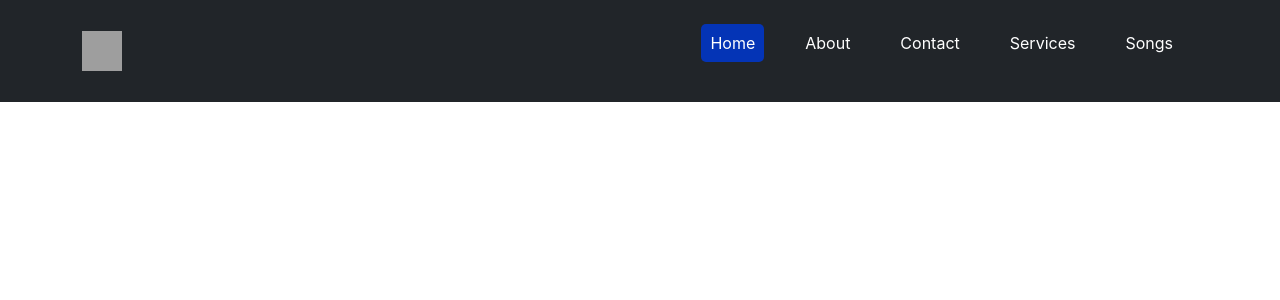
Repository: stephenkayade/cephas-musical
Page: / (app in cephas-musical/)
The author's editor kept a copy of each file at every save. The page is drawn from the files as they stood at one save, then again after a run of saves.
The browser window is 1280 px wide. The pictures show the whole page.
The pointer rests on the first visible `.navbox li`.
Pictures or frames that could not be fetched are drawn as grey boxes. The project was rebuilt for these pictures with package versions that can differ from the ones it lists, and the page was loaded fresh each time. A package was used in the major version that the imports need, not the one package.json lists. Also part of the build but not shown: cephas-musical/src/components/Master.jsx.

Above is the page before, as saved 2021-03-09 05:04:10.

### cephas-musical/public/index.html
<!DOCTYPE html>
<html lang="en">
  <head>
    <meta charset="utf-8" />
    <link rel="icon" href="%PUBLIC_URL%/favicon.ico" />
    <meta name="viewport" content="width=device-width, initial-scale=1" />
    <meta name="theme-color" content="#000000" />
    <meta
      name="description"
      content="Web site created using create-react-app"
    />
    <link rel="apple-touch-icon" href="%PUBLIC_URL%/logo192.png" />
    <link rel="stylesheet" type="text/css" href="%PUBLIC_URL%/css/bootstrap.min.css">
    <link rel="stylesheet" type="text/css" href="%PUBLIC_URL%/css/custom.css">
    <!--
      manifest.json provides metadata used when your web app is installed on a
      user's mobile device or desktop. See https://developers.google.com/web/fundamentals/web-app-manifest/
    -->
    <link rel="manifest" href="%PUBLIC_URL%/manifest.json" />
    <!--
      Notice the use of %PUBLIC_URL% in the tags above.
      It will be replaced with the URL of the `public` folder during the build.
      Only files inside the `public` folder can be referenced from the HTML.

      Unlike "/favicon.ico" or "favicon.ico", "%PUBLIC_URL%/favicon.ico" will
      work correctly both with client-side routing and a non-root public URL.
      Learn how to configure a non-root public URL by running `npm run build`.
    -->
    <title>React App</title>
  </head>
  <body>
    <noscript>You need to enable JavaScript to run this app.</noscript>
    <div id="root"></div>
    <!--
      This HTML file is a template.
      If you open it directly in the browser, you will see an empty page.

      You can add webfonts, meta tags, or analytics to this file.
      The build step will place the bundled scripts into the <body> tag.

      To begin the development, run `npm start` or `yarn start`.
      To create a production bundle, use `npm run build` or `yarn build`.
    -->
  </body>
</html>

### cephas-musical/src/App.js
import React, { Suspense } from 'react'
import { BrowserRouter as Router, Switch, Route, Link } from "react-router-dom";
import Master from './components/Master';
import Home from './components/public/Home'
import { Ellipsis } from 'react-css-spinners'
const Homepage = React.lazy(() => import('./components/public/Home'));


const loading = () => {

  <div className="row" style={{ height: "100vh", width: "100%" }}>

    <div className="col-md-3 text-center mx-auto my-auto">
      {' '}
      <Ellipsis
        color="#2d3d4d"
        size={80}
      />
    </div>

  </div>


}

const App = () => {
  return (

      <Router>
        <Suspense fallback={loading}>

          <Switch>
            <Route path="/" component={Home} exact />
          </Switch>
          </Suspense>
      </Router>

  );
}

export default App;

### cephas-musical/src/components/public/Home.jsx
import React from 'react'
import Nav from '../partials/Nav'


const Home = () => {
    return(
        <>
            <Nav/>
        </>
    )
}

export default Home;

### cephas-musical/src/components/partials/Nav.jsx
import React from 'react';
import { BrowserRouter as Router, Switch, Route, Link } from 'react-router-dom';
import image from '../assets/cephas-logo.png'

import Navbox from './Navbox';

const Nav = () => {
    const Navlists = [
        {
            title: 'Home',
            LinkUrl: '/',
        },
        {
            title: 'About',
            LinkUrl: '/about',
        },
        {
            title: 'Contact',
            LinkUrl: '/contact',
        },
        {
            title: 'Services',
            LinkUrl: '/services',
        },
        {
            title: 'Songs',
            LinkUrl: '/songs',
        },
    ];
    return (
        <>
            <div className="container-fluid bg-dark p-3">
                <div className="navbar container d-flex align-items-center justify-content-between">
                    <img src={image} alt="logo image" className="logo-img" />
                    <ul className="d-flex navbox">
                        {Navlists.length > 0 ? (
                            Navlists.map((link) => (
                                <Navbox title={link.title} LinkUrl={link.LinkUrl} />
                            ))
                        ) : (
                                <>
                                    <div>populate with data</div>
                                </>
                            )}
                    </ul>
                </div>
            </div>
        </>
    );
};

export default Nav;

### cephas-musical/src/components/partials/Navbox.jsx
import React from 'react';
import {BrowserRouter as Router, Switch, Route, Link} from 'react-router-dom';

const Navbox = ({LinkUrl, title}) => {
  return (
    <>
      <div className="navbox">
        <li>
          <Link className="px-2 btn text-white" to={Link ? LinkUrl : null}>{title ? title : 'invalid'}</Link>
        </li>
      </div>
    </>
  );
};

export default Navbox;

### cephas-musical/public/css/custom.css
.navbox li {
    list-style: none;

    margin: 0 1rem;
}

.navbox li:hover {
    background: #0036cc;
    border-radius: 5px;
    -webkit-border-radius: 5px;
    -moz-border-radius: 5px;
    -ms-border-radius: 5px;
    -o-border-radius: 5px;
    transition: color 1s ease-in-out, background 2s ease-in-out;
    -webkit-transition: color 1s ease-in-out, background 2s ease-in-out;
    -moz-transition: color 1s ease-in-out, background 2s ease-in-out;
    -ms-transition: color 1s ease-in-out, background 2s ease-in-out;
    -o-transition: color 0.3s ease-in-out, background 0.7s ease-in-out;
}

.logo-img {
    height: 40px;
    width: 40px;
    image-rendering: 40px;
}

Loaded but not shown: cephas-musical/src/index.js (common file); cephas-musical/src/index.css (common file); cephas-musical/src/reportWebVitals.js (common file); cephas-musical/public/css/bootstrap.min.css (library); cephas-musical/public/manifest.json (common file)

After the next 7 saves:
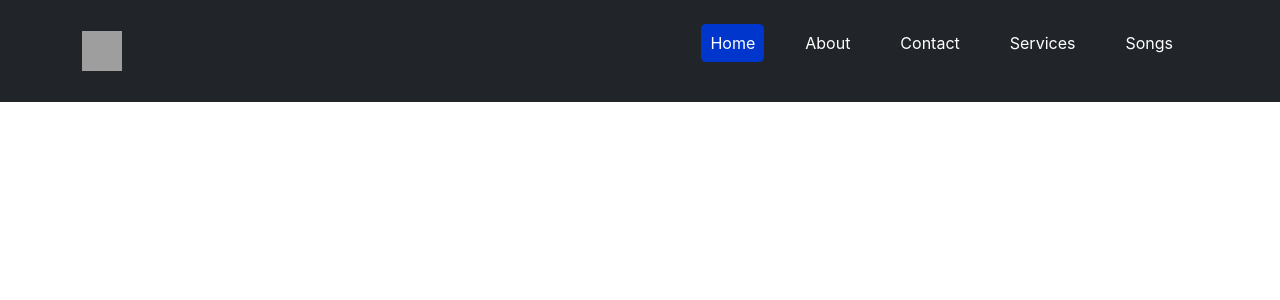
The 7 saves are shown as one change because they came seconds apart.
The last was saved 19 s later.
--- a/cephas-musical/public/css/custom.css
+++ b/cephas-musical/public/css/custom.css
@@ -11,10 +11,10 @@
     -moz-border-radius: 5px;
     -ms-border-radius: 5px;
     -o-border-radius: 5px;
-    transition: color 1s ease-in-out, background 2s ease-in-out;
-    -webkit-transition: color 1s ease-in-out, background 2s ease-in-out;
-    -moz-transition: color 1s ease-in-out, background 2s ease-in-out;
-    -ms-transition: color 1s ease-in-out, background 2s ease-in-out;
+    transition: color 0.3s ease-in-out, background 0.7s ease-in-out;
+    -webkit-transition: color 0.3s ease-in-out, background 0.7s ease-in-out;
+    -moz-transition: color 0.3s ease-in-out, background 0.7s ease-in-out;
+    -ms-transition: color 0.3s ease-in-out, background 0.7s ease-in-out;
     -o-transition: color 0.3s ease-in-out, background 0.7s ease-in-out;
 }
 
